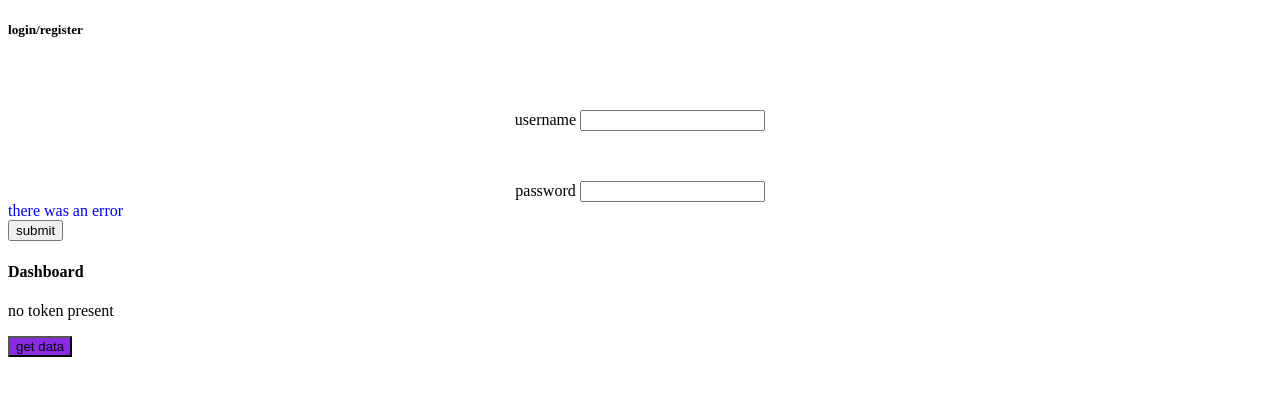
Repository: shivanand1988-28-06/townwarta
Page: http://localhost/
The author's editor kept a copy of each file at every save. The page is drawn from the files as they stood at one save, then again after the next save.
The browser window is 1280 px wide. The pictures show the whole page.
Some web libraries are served in a nearby version. The page is served by the project's Node server (Townwarta.js). Other server files are loaded and not shown.

Above is the page before, as saved 2022-03-15 23:13:03.

### public/index.html
<!-- <!DOCTYPE html>
<html>

<head>
    <meta charset="UTF-8" />
    <meta http-equiv="X-UA-Compatible" content="IE=edge" />
    <meta name="viewport" content="width=device-width, initial-scale=1.0" />
    <title>Townwarta</title>
    <link rel="stylesheet" href="./styles.css" />
</head>
    <body>
        <main>
             <form class= "form makenews">
        <div>
              <label for= "newstitle" class= "newstitle-label">TITLE</label><br><br>
              <input type = "text" class = "newstitle-input"></input><br><br>
        </div>

        <div>
              <label for= "newsheading" class= "newsheading-label">Heading</label><br><br>
              <textarea name="heading" class="newsheading" ></textarea><br><br>
        </div>
 <div>
                <label for= "newsarticle" class= "news-label">NewsArticle</label><br><br>
                <textarea name=" newsarticle" cols="30" rows="10"></textarea><br><br>
            </div>
            <div>
                <label for="newsimages"></label><br><br>
                <input type="file" name="newsimage" multiple><br><br>
            </div>
            <div>
                <label for="tags" class="tags">SelectTags</label><br><br>
                <select class="tags" multiple>
                    <option value="sports">SPORTS</option>
                    <option value="health">HEALTH</option>
                    <option value="politics">POLITICS</option>
                    <option value="security">SECURITY</option>
                    <option value="international">INTERNATIONAL</option>
                    <option value="bollywood">BOLLYWOOD</option>
                </select><br><br>
            </div>
            <div>
                <label for="tags" class="tags">SelectStates</label><br><br>
                <select class="tags" multiple>
                    <option value="UTTARPRADESH">UTTARPRADESH</option>
                    <option value="MAHARASHTRA">MAHARASHTRA</option>
                    <option value="GUJRAT">GUJRAT</option>
                    <option value="PANJAB">PANJAB</option>
                    <option value="TAMILNADU">TAMILNADU</option>
                    <option value="JAMMU AND KASHMIR">JAMMU AND KASHMIR</option>
                </select><br><br>
            </div>

                <button type = "submit" class="form-submit">SUBMIT NEWS DATA</button>

            </form>

        </main>



<script>
 src="https://cdnjs.cloudflare.com/ajax/libs/axios/0.21.1/axios.min.js"
      integrity="sha512-bZS47S7sPOxkjU/4Bt0zrhEtWx0y0CRkhEp8IckzK+ltifIIE9EMIMTuT/mEzoIMewUINruDBIR/jJnbguonqQ=="
      crossorigin="anonymous"
      referrerpolicy="no-referrer"
</script>
<script src= "./browser-app.js"></script>
</body>
</html> -->




<!DOCTYPE html>
<html lang="en">
  <head>
    <meta charset="UTF-8" />
    <meta http-equiv="X-UA-Compatible" content="IE=edge" />
    <meta name="viewport" content="width=device-width, initial-scale=1.0" />
    <title>JWT Basics</title>
    <link rel="stylesheet" href="./styles.css" />

  </head>
  <body>
    <main>
      <div class="form">
      <form >
        <h5>login/register</h5>
        <div class="form-row">
          <label for="username" class="form-label">username</label>
          <input type="text" class="form-input username-input" />
        </div>
        <div class="form-row">
          <label for="password" class="form-label">password</label>
          <input type="password" class="form-input password-input" />
        </div>
        <div class="text-small form-alert">there was an error</div>
        <button type="submit" class="btn btn-block">submit</button>
      </form>
    </div>
      <div class="container">
        <h4>Dashboard</h4>
        <p class="token">no token present</p>
        <div class="result"></div>
        <button class="btn btn-block" id="data">get data</button>
      </div>

      <div id="root"></div>
    </main>
    <script
      src="https://cdnjs.cloudflare.com/ajax/libs/axios/0.21.1/axios.min.js"
      integrity="sha512-bZS47S7sPOxkjU/4Bt0zrhEtWx0y0CRkhEp8IckzK+ltifIIE9EMIMTuT/mEzoIMewUINruDBIR/jJnbguonqQ=="
      crossorigin="anonymous"
      referrerpolicy="no-referrer"
    ></script>
    <script src="./browser-app.js"></script>

  </body>
</html>

### Townwarta.js

require("dotenv").config();
const express = require("express");
const mongoose = require("mongoose");
const router = require("./routes/mainroutes");
const connectDB = require("./db/connect");
const app = express();

const port = process.env.PORT || 3000

app.use(express.json());

 app.use("/api/v1",router);
 app.use (express.urlencoded({extended:false}));
 app.use(express.static("./public"));

const start = async () =>{

try{

    await connectDB(process.env.MONGO_URI);
    app.listen(port,()=>{ console.log(`app is running over port ${port}`)});

}catch(error) {

    console.log(error);

}

}

start();

### public/styles.css
.makenews{
    text-align: center;
    padding-top: 40px;
};
.newstitle-label{
   padding-bottom: 0px;
   color:blue;
}
.newstitle-input{
    color:brown;
};
.newsheading{

    color:blue
};
.form{
    text-align: center;
  }

.form-row{
   padding-top: 50px;
   text-align: center;
}
.form-alert{
    color:blue
}

#data{
    color: rgb(3, 3, 22);
    background-color: blueviolet;
}

### public/browser-app.js

// const formDOM = document.querySelector('.form');
// const usernameInputDOM = document.querySelector('.username-input');
// const passwordInputDOM = document.querySelector('.password-input');
// const btnDOM = document.querySelector('#data');
// const resultDOM = document.querySelector('.result');

// formDOM.addEventListener('submit',async(e)=>{
//    e.preventDefault();
//     const username = usernameInputDOM.value
//     const password = passwordInputDOM.valuey

//     const newsheading = textDOM.value;

// try{

// const {data} = await axios.post('/api/v1/news/users',{username,password})

// }catch(error){
//         console.log(error);
// }


//      }
// );

// btnDOM.addEventListener('click',async(e)=>{
//         const {data} = await axios.get('/api/v1/news/users',(e)=>{console.log({data})}

//         );
//         resultDOM.innerHTML = `<h1>${data.username}</h1>`;
// }

// )






const formDOM = document.querySelector('.form');
const usernameInputDOM = document.querySelector('.username-input');
const passwordInputDOM = document.querySelector('.password-input');
const formAlertDOM = document.querySelector('.form-alert');
const resultDOM = document.querySelector('.result');
const btnDOM = document.querySelector('#data');
const tokenDOM = document.querySelector('.token');

formDOM.addEventListener('submit', async (e) => {
  formAlertDOM.classList.remove('text-success')
  tokenDOM.classList.remove('text-success')

  e.preventDefault()
  const username = usernameInputDOM.value
  const password = passwordInputDOM.value

  try {
    const { data } = await axios.post('/api/v1/users', { username, password })

    formAlertDOM.style.display = 'block'
    formAlertDOM.textContent = data.msg

    formAlertDOM.classList.add('text-success')
    usernameInputDOM.value = ''
    passwordInputDOM.value = ''

    localStorage.setItem('token', data.token)
    resultDOM.innerHTML = ''
    tokenDOM.textContent = 'token present'
    tokenDOM.classList.add('text-success')
  } catch (error) {
    formAlertDOM.style.display = 'block'
    formAlertDOM.textContent = error.response.data.msg
    localStorage.removeItem('token')
    resultDOM.innerHTML = ''
    tokenDOM.textContent = 'no token present'
    tokenDOM.classList.remove('text-success')
  }
  setTimeout(() => {
    formAlertDOM.style.display = 'none'
  }, 2000)
})

btnDOM.addEventListener('click', async () => {
  const token = localStorage.getItem('token')
  try {
    const { data } = await axios.get('/api/v1/users', {
      headers: {
        Authorization: `Bearer ${token}`,
      },
    })
    resultDOM.innerHTML = `<h5>${data.msg}</h5><p>${data.allusers[data.allusers.length-1].password}</p>`
    console.log(data.allusers.length);
    data.secret
  } catch (error) {
    localStorage.removeItem('token')
    resultDOM.innerHTML = `<p>${error.response.data.msg}</p>`
  }
})

const checkToken = () => {
  tokenDOM.classList.remove('text-success')

  const token = localStorage.getItem('token')
  if (token) {
    tokenDOM.textContent = 'token present'
    tokenDOM.classList.add('text-success')
  }
}
checkToken();

After the next save:
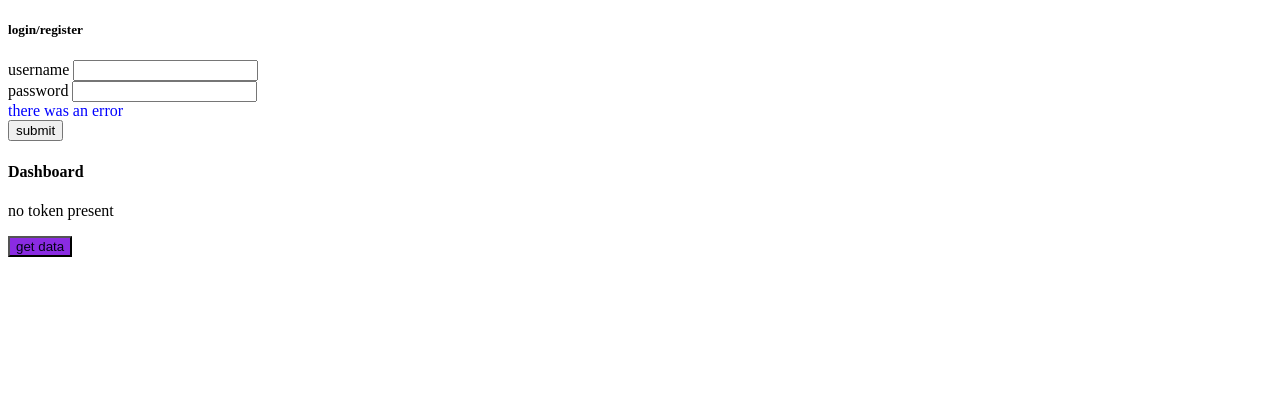
Saved 61 s later.
--- a/public/styles.css
+++ b/public/styles.css
@@ -15,12 +15,11 @@
 };
 .form{
     text-align: center;
+    padding-top: 50px;
+    text-align: center;
   }
 
-.form-row{
-   padding-top: 50px;
-   text-align: center;
-}
+
 .form-alert{
     color:blue
 }
